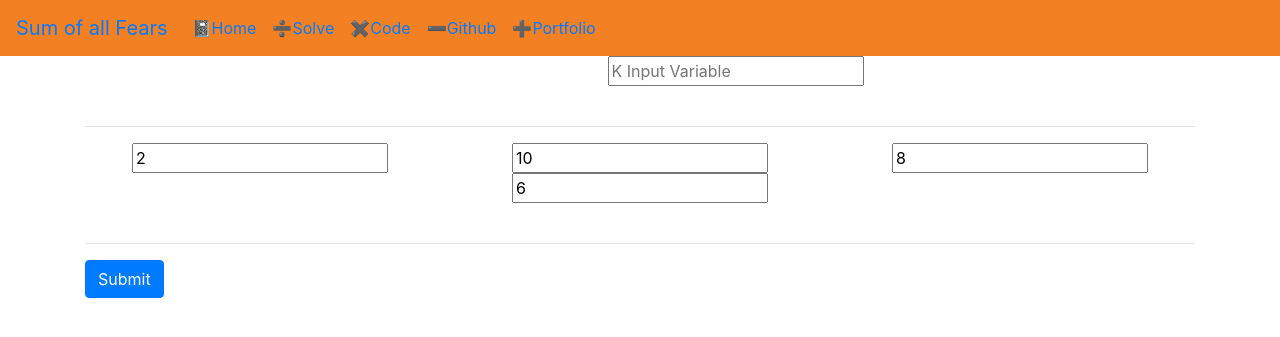
Repository: zhadjah9559/BrainBufferOverflow
Page: solve.html
An editor plug-in stored every save of this project. The page is shown before and after the next save, followed by the edit.
The browser window is 1280 px wide. The pictures show the whole page.

Above is the page before, as saved 2021-01-18 01:14:46.

### solve.html
<!doctype html>
<html lang="en">
  <head>
    <title>Title</title>
    <!-- Required meta tags -->
    <meta charset="utf-8">
    <meta name="viewport" content="width=device-width, initial-scale=1, shrink-to-fit=no">

    <!-- Bootstrap CSS -->
    <link rel="stylesheet" href="https://stackpath.bootstrapcdn.com/bootstrap/4.3.1/css/bootstrap.min.css" integrity="sha384-ggOyR0iXCbMQv3Xipma34MD+dH/1fQ784/j6cY/iJTQUOhcWr7x9JvoRxT2MZw1T" crossorigin="anonymous">
  </head>
  <body>

    <nav class="navbar navbar-expand-sm" style="background-color: #F48024;">
        <a class="navbar-brand" href="index.html">Sum of all Fears</a>
        <button class="navbar-toggler d-lg-none" type="button" data-toggle="collapse" data-target="#collapsibleNavId" aria-controls="collapsibleNavId"
            aria-expanded="false" aria-label="Toggle navigation"></button>
        <div class="collapse navbar-collapse" id="collapsibleNavId">
            <ul class="navbar-nav mr-auto mt-2 mt-lg-0">
                <li class="nav-item">
                    <a class="nav-link" href="index.html">📓Home </a>
                </li>
                <li class="nav-item active">
                    <a class="nav-link" href="solve.html">➗Solve<span class="sr-only">(current)</span></a>
                </li>
                 <li class="nav-item">
                    <a class="nav-link" href="code.html">✖Code</a>
                </li> <li class="nav-item">
                    <a class="nav-link" href="https://zacharyhadjah.netlify.app">➖Github</a>
                </li>
                <li class="nav-item">
                    <a class="nav-link" href="https://github.com/zhadjah9559/BrainBufferOverflow">➕Portfolio</a>
                </li>
            </ul>

        </div>
    </nav>

    <div class="container">

        <!--K input variable-->
       <div class="row justify-content-center">
           <div class="col-md-4 offset-3">
            <input type="number" id="kInput" name="kInput"  placeholder="K Input Variable">
           </div>
       </div>
       <br/>
       <hr/>

        <!--User Array Inputs-->
        <div class="row justify-content-center">
            <div class="col-md text-center">
                <input type="number" id="arrayInput1" name="arrayInput0" value="2" placeholder="2">
            </div>
            <div class="col-md text-center">
                <input type="number" id="arrayInput2" name="arrayInput1" value="10" placeholder="10">
            </div>
            <div class="col-md text-center">
                <input type="number" id="arrayInput3" name="arrayInput2" value="8" placeholder="8">
            </div>
            <div class="col-md text-center">
                <input type="number" id="arrayInput4" name="arrayInput3" value="6" placeholder="6">
            </div>
            <p id="output">  </p>
        </div>
        <br/>
        <hr/>

        <!---->
        <div class="row justify-content-center">
            <div class="col">
             <input  class="btn btn-primary" type="submit" id="submitBtn" name="submitBtn"/>
            </div>
        </div>


    </div>


    <!-- Optional JavaScript -->
    <!-- jQuery first, then Popper.js, then Bootstrap JS -->
    <script src="https://code.jquery.com/jquery-3.3.1.slim.min.js" integrity="sha384-q8i/X+965DzO0rT7abK41JStQIAqVgRVzpbzo5smXKp4YfRvH+8abtTE1Pi6jizo" crossorigin="anonymous"></script>
    <script src="https://cdnjs.cloudflare.com/ajax/libs/popper.js/1.14.7/umd/popper.min.js" integrity="sha384-UO2eT0CpHqdSJQ6hJty5KVphtPhzWj9WO1clHTMGa3JDZwrnQq4sF86dIHNDz0W1" crossorigin="anonymous"></script>
    <script src="https://stackpath.bootstrapcdn.com/bootstrap/4.3.1/js/bootstrap.min.js" integrity="sha384-JjSmVgyd0p3pXB1rRibZUAYoIIy6OrQ6VrjIEaFf/nJGzIxFDsf4x0xIM+B07jRM" crossorigin="anonymous"></script>
    <script src="js/site.js"></script>
  </body>
</html>

### js/site.js
    // document.getElementById("btnSubmit").addEventListener("click", doJsWork)

    // hardCodedArray = [10, 15, 3, 7];
    // let numk = parseInt(document.getElementById("kInput").value)
    // let found = false;

    // //Regular program that is working without extra credit
    // function doJsWork(){
    //     for(let i = 0; i = hardCodedArray.length -1; i++){
    //         for (let j = 1; j < hardCodedArray.length; j++) {
    //             if( hardCodedArray[i] + hardCodedArray[j] == numK ){
    //                 output.innerText = `Your number was found! ${hardCodedArray[i]} + ${hardCodedArray[j]} = ${numK}`
    //                 found = true;
    //                 break;
    //             }
    //         }
    //     }
    //     if(!found){
    //         output.innerText = `Your number was not found!`
    //     }
    // }

    //-----------------------------------------------------------------------------------
    //Extra credit
    let numK = document.getElementById("kInput");
    let results = document.getElementById("output");
    let userArray = []
    let ARRAY_SIZE = 4
    document.getElementById("submitBtn").addEventListener("click", evaluateUserInput);

    function evaluateUserInput(){
               //initialize the user inputs using a for loops
               for (let i = 0; i < ARRAY_SIZE; i++) {
                userArray[i] = document.getElementById(`${arrayInput[i]}`)
            }

            for(let i = 0; i = userArray.length -1; i++){
                for (let j = 1; j < userArray.length; j++) {
                    if( userArray[i] + userArray[j] == numK ){
                        output.innerText = `Your number was found! ${userArray[i]} + ${userArray[j]} = ${numK}`
                        found = true;
                        break;
                    }
                }
            }
            if(!found){
                output.innerText = `Your number was not found!`
            }
    }


    //generate array of length that will contain 20 elements
    //those 20 elements will all be random numbers
    // function generateArray() {
    //     let ARRAY_LENGTH = 20                                   //parseInt(document.getElementById("arrayNum").value);
    //     let randomArray = []
    //     for (let i = 0; i < ARRAY_LENGTH; i++) {
    //         randomArray.push(Math.floor(Math.random() * 100) + 1)
    //     }
    //     return randomArray;
    // }

After the next save:
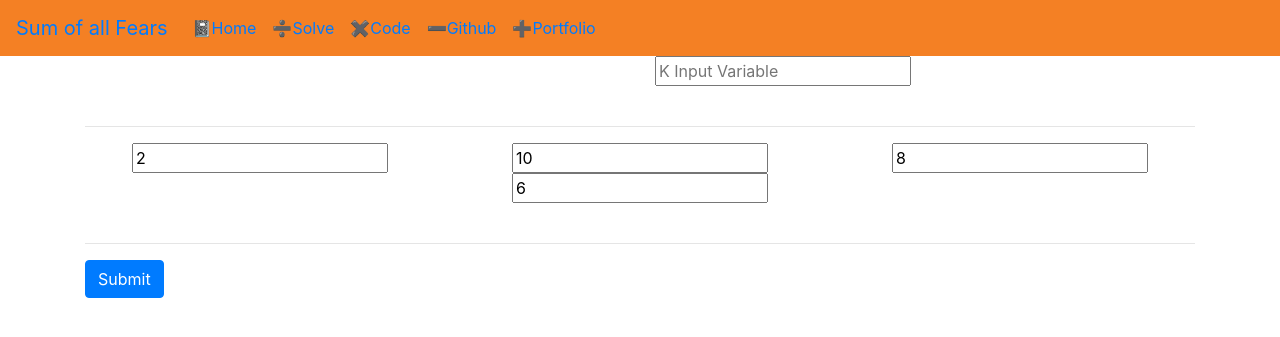
Saved 11 s later.
--- a/solve.html
+++ b/solve.html
@@ -40,7 +40,7 @@
 
         <!--K input variable-->
        <div class="row justify-content-center">
-           <div class="col-md-4 offset-3">
+           <div class="col-md-3 offset-3">
             <input type="number" id="kInput" name="kInput"  placeholder="K Input Variable">
            </div>
        </div>
